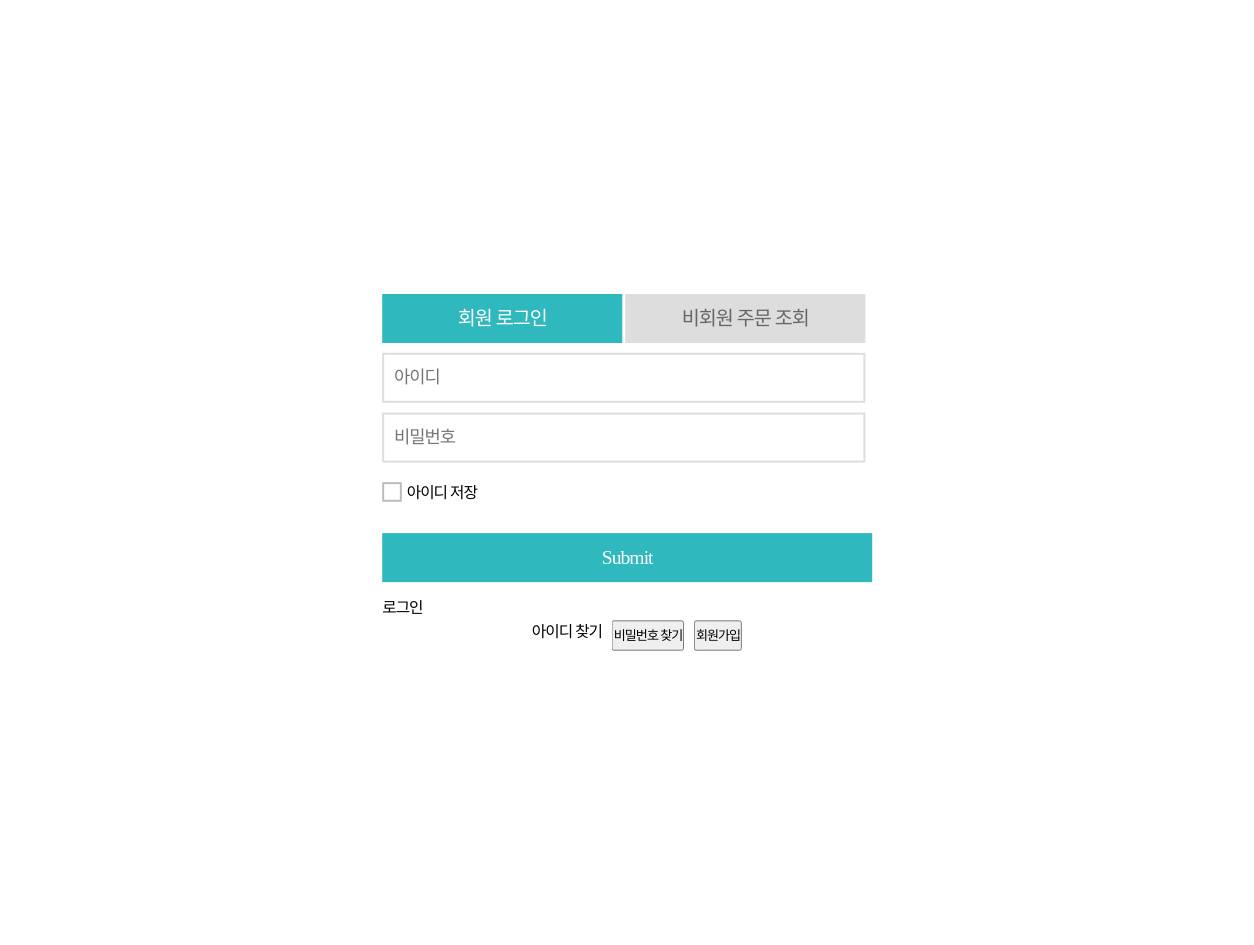
Repository: InhoKang92/jsp_1018
Page: http://localhost/Web_01/login.jsp
These files come from the project's save history. The page is drawn as it stood at one moment and after the next save; the edit follows.
The browser window is 1280 px wide. The pictures show the whole page, at 98% of full size.
Some web fonts or font styles are not loaded; a fallback is used. The page is served by Tomcat 9. Other server files are loaded and not shown.

Above is the page before, as saved 2024-10-16 01:35:43.

### Web_01/src/main/webapp/login.jsp
<%@ page language="java" contentType="text/html; charset=UTF-8"
pageEncoding="UTF-8"%>
<!DOCTYPE html>
<html>
<head>
<meta charset="UTF-8">

<link rel="stylesheet" href="css/reset.css">
<link rel="stylesheet" href="css/login.css">

<title>모던하우스 회원 로그인</title>
</head>
<body>

<form>
        <div class="login_box">
            <div class="member_btn_box">
                <button class="mem">회원 로그인</button>
                <button class="notmem">비회원 주문 조회</button>
            </div>
            <div class="input_box">
                <input class="id_input" type="text" placeholder="아이디">
                <input class="pw_input" type="password" placeholder="비밀번호">
                <div class="save_box">
                    <input id="check" type="checkbox">
                    <label for="check"></label>
                    <p class="save">아이디 저장</p>
                </div>

            </div>
            <input type="submit" class="login_btn">로그인</button>
            <div class="etc_box">
                <input type="button">아이디 찾기</input>
                <button>비밀번호 찾기</button>
                <button>회원가입</button>
            </div>
        </div>
    </form>

</body>
</html>

### Web_01/src/main/webapp/css/reset.css
@charset "utf-8";

@font-face {
    font-family: 'Pretendard-Regular';
    src: url('https://fastly.jsdelivr.net/gh/Project-Noonnu/noonfonts_2107@1.1/Pretendard-Regular.woff') format('woff');
    font-weight: 400;
    font-style: normal;
}

/* CSS 리셋 */
* {
    margin: 0;
    padding: 0;
    color: #000;
    list-style: none;
    text-decoration: none;
    box-sizing: border-box;
    line-height: 1.5;
    letter-spacing: -1px;
    font-family: 'Pretendard-Regular';
}

### Web_01/src/main/webapp/css/login.css
@charset "utf-8";


.login_box {
    width: 500px;
    margin: 300px auto;
}

.member_btb_box {
    width: 100%;
    display: flex;
    justify-content: space-between;
    gap: 10px;
}

.mem {
    width: 245px;
    background-color: #2fb8bd;
    border: none;
    color: #fff;
    font-size: 20px;
    padding: 10px;
    cursor: pointer;
}
.notmem {
    width: 245px;
    background-color: #ddd;
    border: none;
    color: #666;
    font-size: 20px;
    padding: 10px;
    cursor: pointer;
}

.input_box {
    width: 500px;
    margin-top: 10px;
}
.id_input {
    display: inline-block;
    width: 493px;
    border: 2px solid #ddd;
    padding: 10px;
    font-size: 18px;
}

.pw_input {
    display: inline-block;
    width: 493px;
    border: 2px solid #ddd;
    padding: 10px;
    font-size: 18px;
    margin-top: 10px;
    margin-bottom: 20px;
}

.save_box {
    position: relative;
    margin-bottom: 10px;
}
#check {
    display: none;
}
#check + label {
    display: inline-block;
    width: 20px;
    height: 20px;
    border: 2px solid #bbb;
    position: relative;
}
#check:checked + label::after{
    content:'✔';
    font-size: 18px;
    width: 20px;
    height: 20px;
    text-align: center;
    position: absolute;
    left: -2px;
    top:-6px;
    color: #2fb8bd;
}
.save {
    display: inline-block;
    position: absolute;
    top: -1px;
    left: 25px;
}

.login_btn {
    text-align: center;
    width: 500px;
    background-color: #2fb8bd;
    border: none;
    color: #fff;
    font-size: 20px;
    padding: 10px;
    margin-top: 15px;
    margin-bottom: 15px;
    cursor: pointer;
}
.etc_box {
    width: 500px;
    display: flex;
    justify-content: center;
    gap: 10px;
}
.etc_box>input {
    position: relative;
    background: none;
    border: none;
    padding: 5px;
    font-size: 14px;
    color: #666;
    cursor: pointer;
}

After the next save:
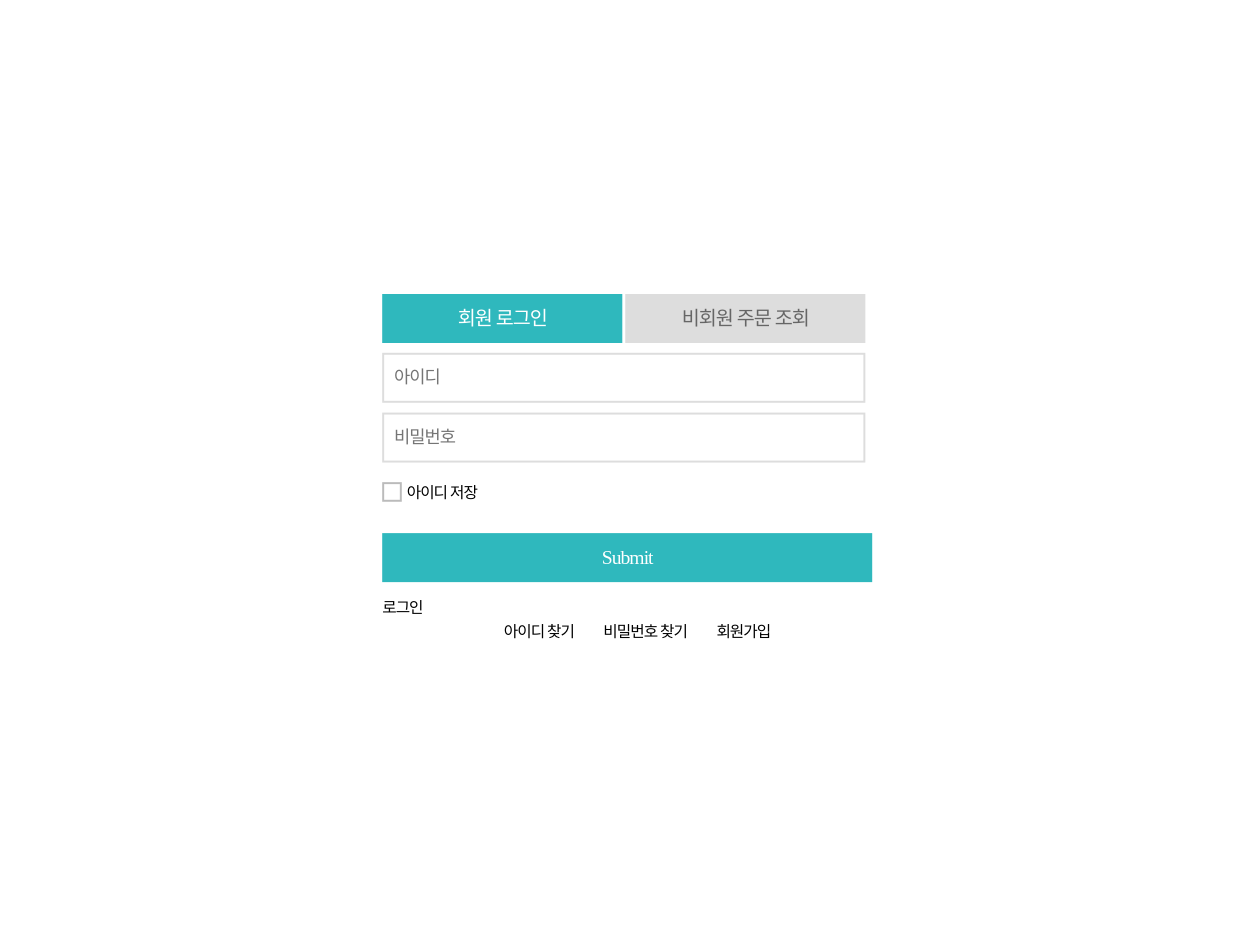
Saved 45 s later.
--- a/Web_01/src/main/webapp/login.jsp
+++ b/Web_01/src/main/webapp/login.jsp
@@ -31,8 +31,8 @@ pageEncoding="UTF-8"%>
             <input type="submit" class="login_btn">로그인</button>
             <div class="etc_box">
                 <input type="button">아이디 찾기</input>
-                <button>비밀번호 찾기</button>
-                <button>회원가입</button>
+                <input type="button">비밀번호 찾기</input>
+                <input type="button">회원가입</input>
             </div>
         </div>
     </form>
